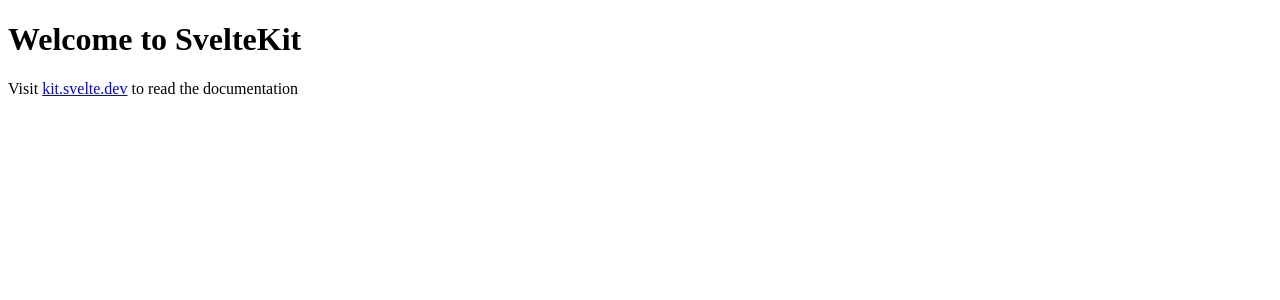
Repository: acostajoma/prisma-test
Page: /
An editor plug-in stored every save of this project. The page is shown before and after the next save, followed by the edit.
The browser window is 1280 px wide. The pictures show the whole page.
The project was rebuilt for these pictures with package versions that can differ from the ones it lists, and the page was loaded fresh each time. The framework's server and built-in components were replaced by stand-ins that run in the browser. Also part of the build but not shown: svelte.config.js, vite.config.ts.

Above is the page before, as saved 2024-02-08 10:37:24.

After the next save:
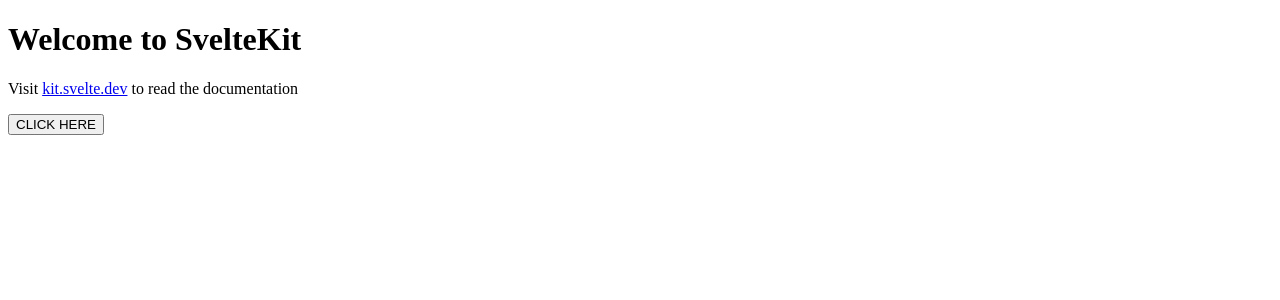
Saved 107 s later.
--- a/src/routes/+page.svelte
+++ b/src/routes/+page.svelte
@@ -2,9 +2,10 @@
 	import { PrismaClient } from '@prisma/client/edge';
 	import { withAccelerate } from '@prisma/extension-accelerate';
 
+	let result;
 	const funct = async () => {
 		const prisma = new PrismaClient().$extends(withAccelerate());
-		await prisma.user.create({
+		result = await prisma.user.create({
 			data: {
 				email: 'jose@macosta.dev',
 				name: 'Jose Martin Acosta'
@@ -15,3 +16,7 @@
 
 <h1>Welcome to SvelteKit</h1>
 <p>Visit <a href="https://kit.svelte.dev">kit.svelte.dev</a> to read the documentation</p>
+<button on:click={funct}>CLICK HERE</button>
+{#if result}
+	{result}
+{/if}
